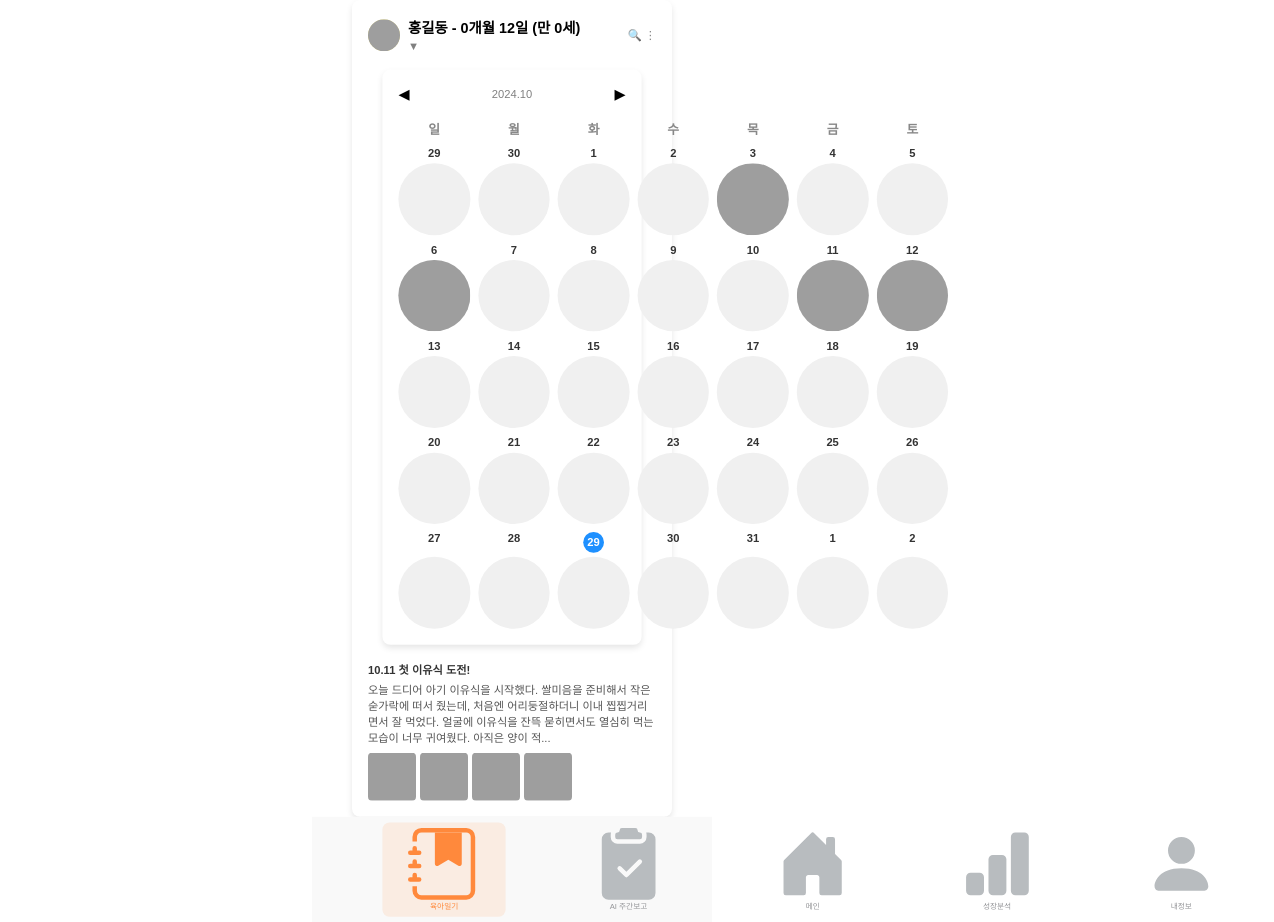
Repository: fromBirth/frombirth-frontend
Page: /babydiary
An editor plug-in stored every save of this project. The page is shown before and after the next save, followed by the edit.
The browser window is 1280 px wide. The page is 1592 px wide, then 1280 px, so the pictures cover 1592 px, including what lies to the right of the window. The pictures show the whole page, at 80% of full size.
Pictures or frames that could not be fetched are drawn as grey boxes. Some web fonts or font styles are not loaded; a fallback is used. The project was rebuilt for these pictures with package versions that can differ from the ones it lists, and the page was loaded fresh each time. Also part of the build but not shown: vite.config.js.

Above is the page before, as saved 2024-10-30 12:23:57.

After the next save:
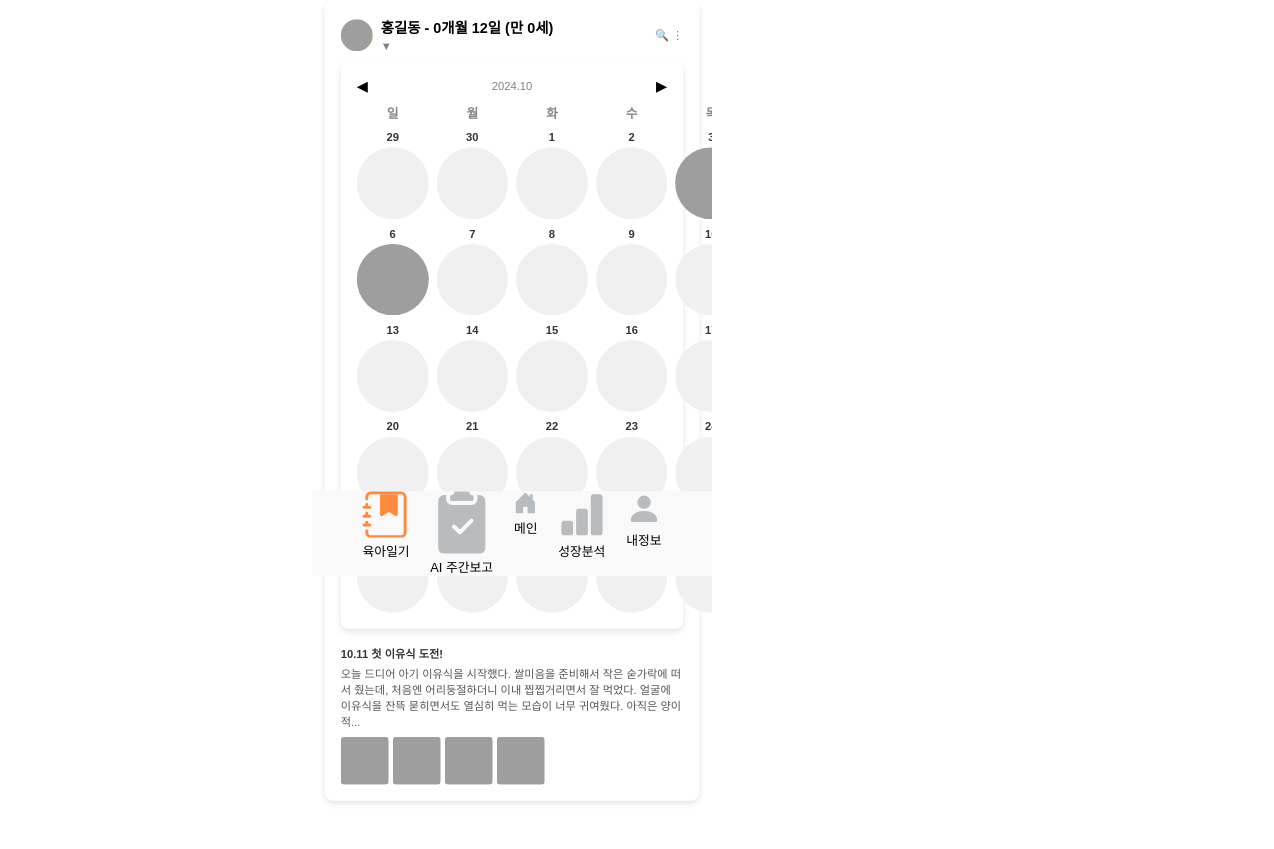
Saved 16 s later.
--- a/src/assets/styles/layout.css
+++ b/src/assets/styles/layout.css
@@ -1,23 +1,37 @@
-/* src/assets/styles/layout.css */
+/* 레이아웃 */
+.layout {
+    display: flex;
+    flex-direction: column;
+    min-height: 100vh;
+    width: 100vw;
+    align-items: center;
+}
 
-/* 레이아웃 */
-.layout { display: flex; flex-direction: column; align-items: center; width: 100vw; min-height: 100vh; }
+/* 콘텐츠 영역 */
+.content {
+    flex-grow: 1;
+    width: 100%;
+    max-width: 500px;
+    margin: 0 auto;
+    padding: 0 16px;
+    overflow-y: auto; /* 콘텐츠 영역에 스크롤 추가 */
+    padding-bottom: 60px; /* footer와 겹치지 않도록 여백 추가 */
+}
 
- /* 콘텐츠 영역 */
-.content { flex-grow: 1; width: 100%; max-width: 500px; margin: 0 auto; padding: 0 16px; }
-
-/* 중앙 컨테이너 스타일 */
-.layout .content .container { background-color: white; width: 90%; max-width: 400px; padding: 20px; border-radius: 10px; box-shadow: 0 4px 8px rgba(0, 0, 0, 0.1); margin: 0 auto; }
-
-/* 헤더 스타일 */
-.layout .content .container .header { display: flex; align-items: center; gap: 10px; margin-bottom: 20px; }
-.layout .content .container .header .profile-image { width: 40px; height: 40px; border-radius: 50%; background-color: #f0e68c; }
-.layout .content .container .header .header-title { font-size: 18px; }
-.layout .content .container .header .header-dropdown { font-size: 14px; color: gray; }
-
-/* footer */
-.layout .footer { background-color: #F9F9F9; text-align: center; display: flex; justify-content: center; width: 100%; max-width: 500px; margin: 0 auto; }
-.layout .footer .footer-nav { display: flex; justify-content: space-around; width: 100%; max-width: 400px; }
-.layout .footer .footer-nav .nav-item { display: flex; flex-direction: column; justify-content: center; color: #949598; font-size: 0.6em; min-width: 12vw; margin: 1vh 3vw; padding: 1vh 1vw; }
-.layout .footer .footer-nav .nav-item.btn-active { background-color: #FE8A3C1F; color: #FF893C; border-radius:9px; }
-.layout .footer .footer-nav .nav-item svg { margin: auto; width: 7vw; }
+/* 푸터 고정 */
+.footer {
+    background-color: #F9F9F9;
+    text-align: center;
+    display: flex;
+    justify-content: center;
+    width: 100%;
+    max-width: 500px;
+    position: fixed;
+    bottom: 0;
+}
+.footer-nav {
+    display: flex;
+    justify-content: space-around;
+    width: 100%;
+    max-width: 400px;
+}
